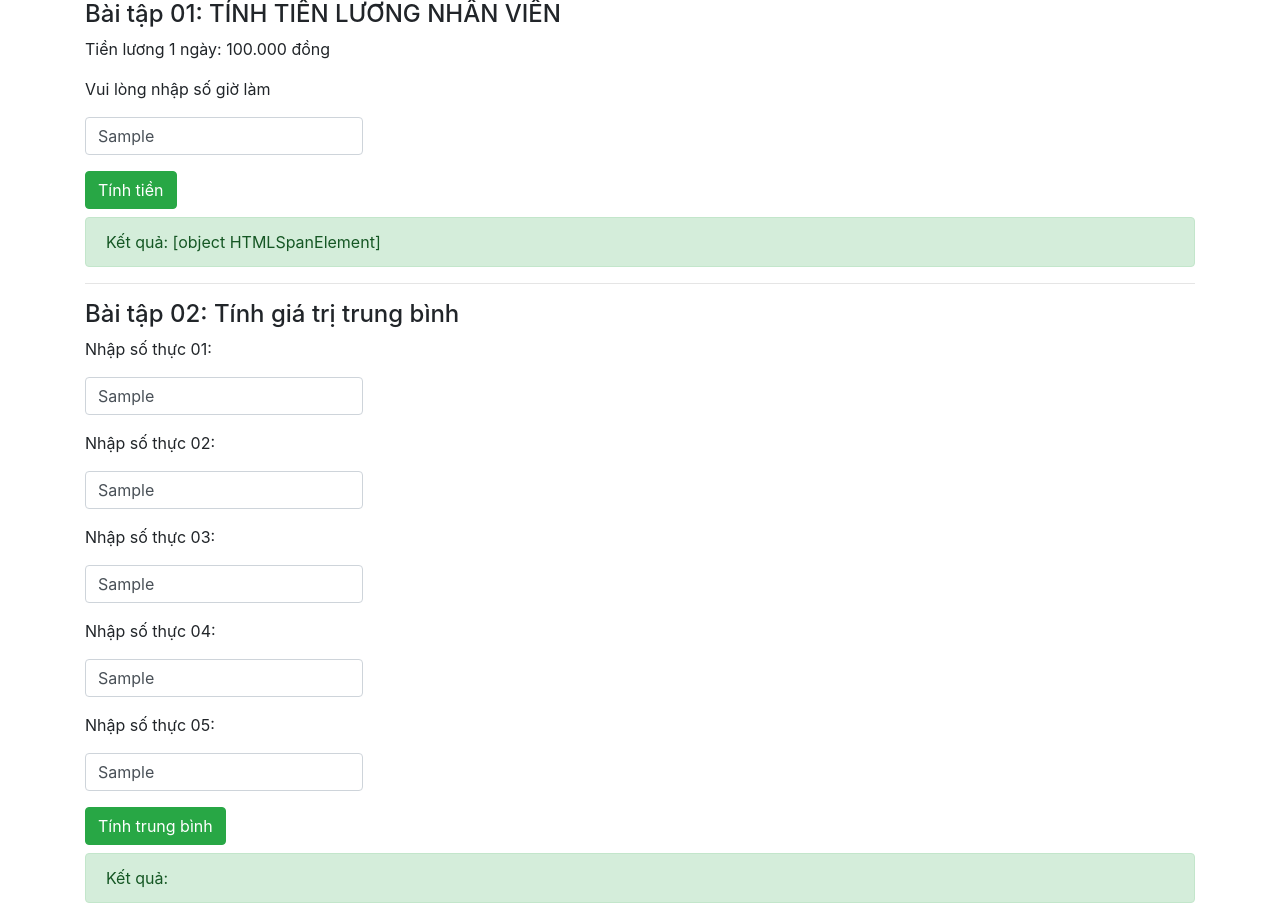
Repository: ducdatit2002/javascript-tinh-day13
Page: index.html
The author's editor kept a copy of each file at every save. The page is drawn from the files as they stood at one save, then again after the next save.
The browser window is 1280 px wide. The pictures show the whole page.
Empty fields were first filled with sample values (such as "Sample", 5 or name@example.com).
After loading, the first visible `#btnTrungBinh` was clicked once.

Above is the page before, as saved 2023-08-14 00:04:28.

After the next save:
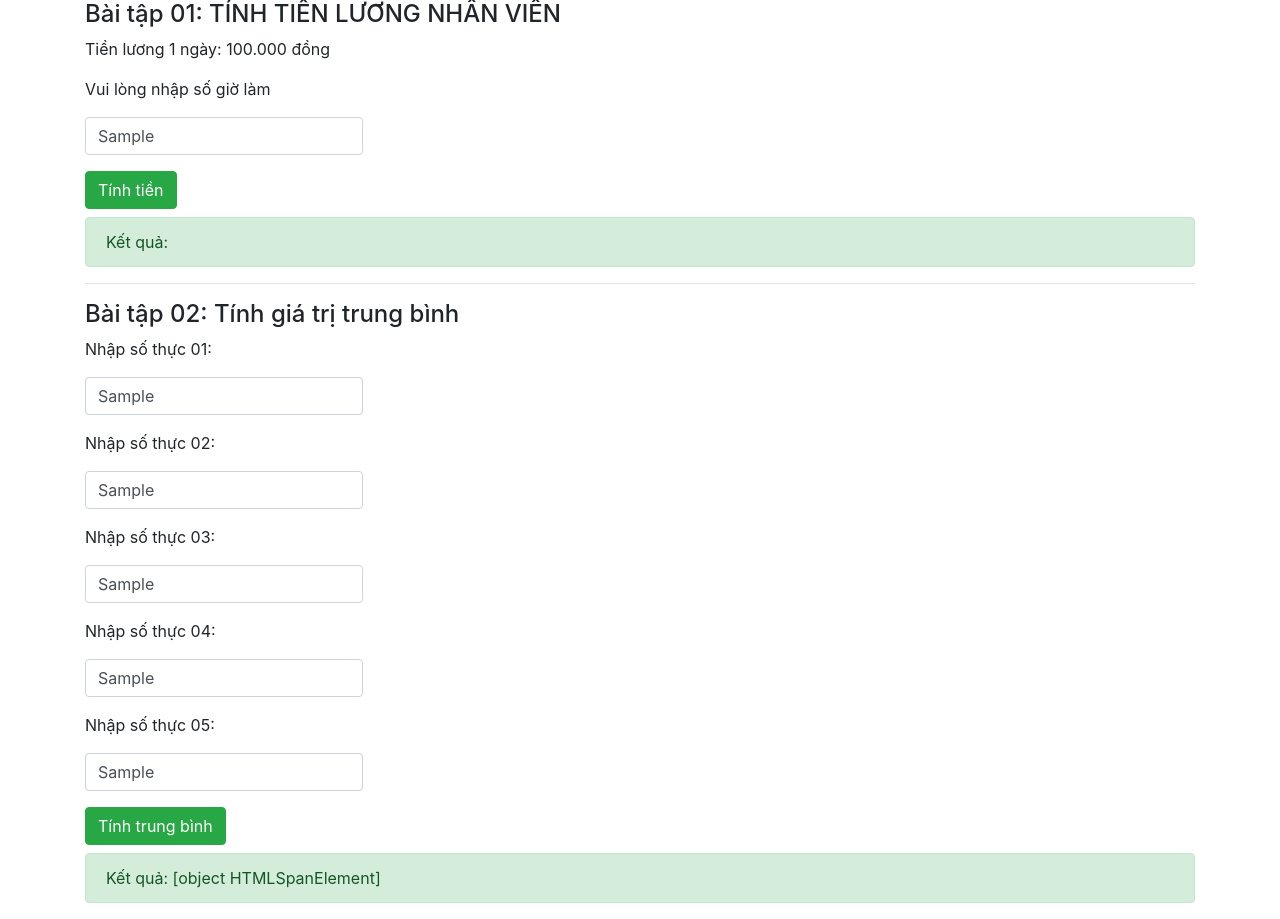
Saved 6 s later.
--- a/index.js
+++ b/index.js
@@ -27,5 +27,5 @@ function tinhTrungBinh() {
 
   trungBinh = (sothuc01 + sothuc02 + sothuc03 + sothuc04 + sothuc05)/5;
 
-   document.getElementById("tongLuong").innerHTML = tongLuong.toLocaleString();
+   document.getElementById("trungBinh").innerHTML = tongLuong.toLocaleString();
 }
